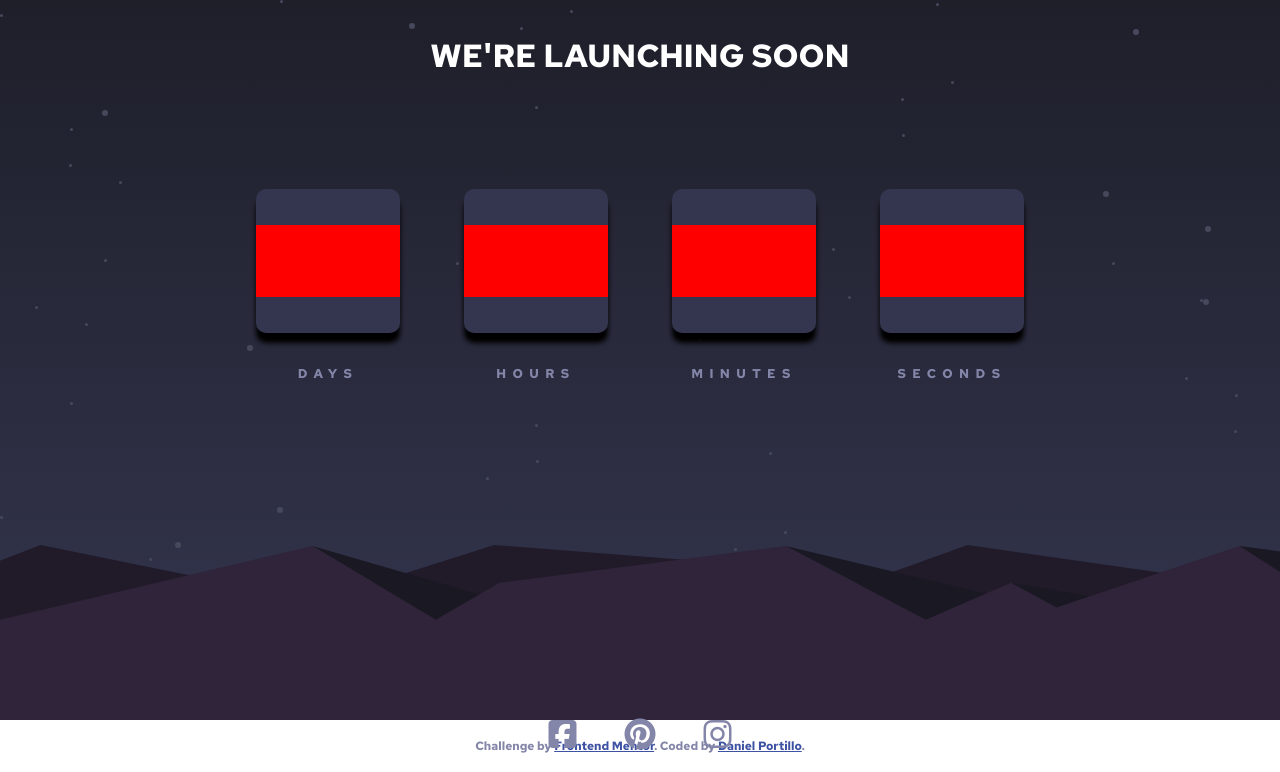
Repository: dportillo23/launch-countdown-timer-main
Page: index.html
An editor plug-in stored every save of this project. The page is shown before and after the next save, followed by the edit.
The browser window is 1280 px wide. The pictures show the whole page.
Some web libraries are served in a nearby version. The style sheet was rebuilt from its Sass, Less or Tailwind sources for each picture, by a compiler version that may differ from the author's.

Above is the page before, as saved 2021-06-28 18:19:38.

After the next save:
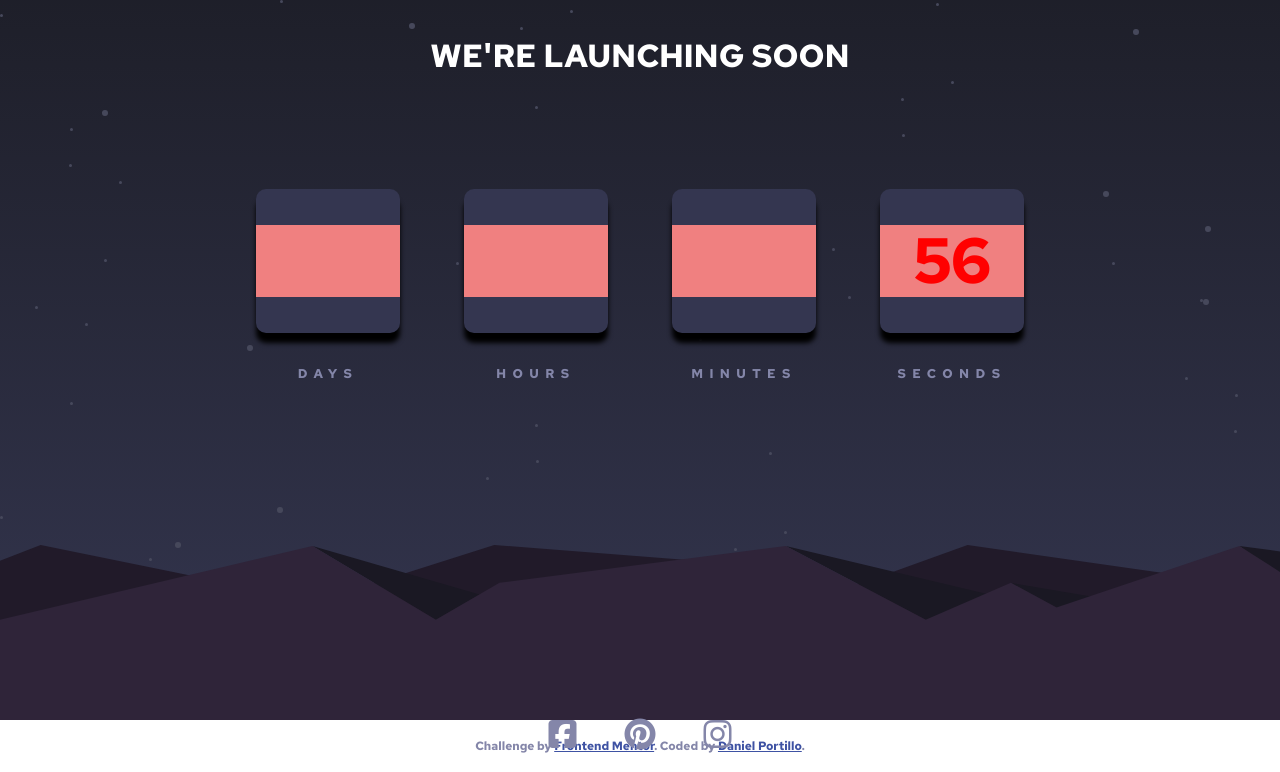
Saved 59 s later.
--- a/style.scss
+++ b/style.scss
@@ -81,7 +81,7 @@ body {
         width: 100%;
         height: 50%;
         color: red;
-        background-color: red;
+        background-color: lightcoral;
         position: absolute;
         display: flex;
         justify-content: center;
